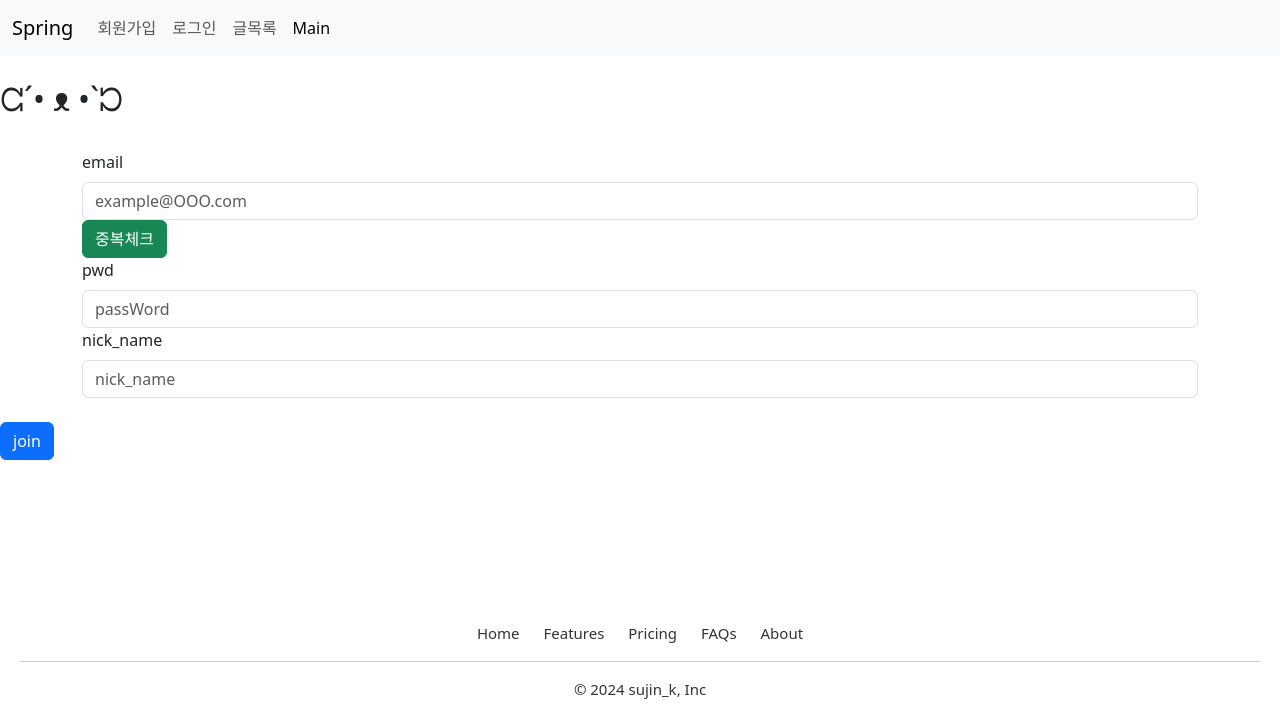
Repository: sujin1221/spring
Page: http://localhost/spring_test2/WEB-INF/views/member/register.jsp
The author's editor kept a copy of each file at every save. The page is drawn from the files as they stood at one save, then again after a run of saves.
The browser window is 1280 px wide. The pictures show the whole page.
The page is served by Tomcat 9. Nobody is signed in. Other server files are loaded and not shown. The template is opened directly, without the code that normally fills it, so the values that code supplies are empty.

Above is the page before, as saved 2024-01-17 01:21:10.
Console error: TypeError: Cannot read properties of null (reading 'addEventListener')

### spring_test2/src/main/webapp/WEB-INF/views/member/register.jsp
<%@ page language="java" contentType="text/html; charset=UTF-8"
	pageEncoding="UTF-8"%>
<jsp:include page="../layout/header.jsp"></jsp:include>

<!-- email, pwd, nick_name -->
<!-- admin: 1111@naver.com으로 설정함 -->
<form action="/member/register" method="post">

		<br>
		<h2>ᘳ´• ᴥ •`ᘰ</h2>
		<br>

		<div class="container-md">
		<label for="e" class="form-label">email</label>
		<input
			type="email" name="email" class="form-control" id="e"
			placeholder="example@OOO.com" required="required">
		<button type="button" id="eCheck" class="btn btn-success">중복체크</button>
		</div>

		<div class="container-md">
			<label for="p" class="form-label">pwd</label> <input type="password"
				name="pwd" class="form-control" id="p" placeholder="passWord"
				required="required">
		</div>

		<div class="container-md">
			<label for="n" class="form-label">nick_name</label> <input
				type="text" name="nickName" class="form-control" id="n"
				placeholder="nick_name" required="required">
		</div>
		<br>
		<button type="submit" class="btn btn-primary" id="regBtn">join</button>
		</form>

<script src="/resources/js/memberRegister.js"></script>
<jsp:include page="../layout/footer.jsp"></jsp:include>

### spring_test2/src/main/webapp/WEB-INF/views/layout/header.jsp
<%@ page language="java" contentType="text/html; charset=UTF-8"
	pageEncoding="UTF-8"%>
<%@ taglib uri="http://java.sun.com/jsp/jstl/core" prefix="c"%>
<%@ taglib uri="http://www.springframework.org/security/tags"
	prefix="sec"%>
<!DOCTYPE html>
<html>
<head>
<meta charset="UTF-8">
<title>Insert title here</title>
<link
	href="https://cdn.jsdelivr.net/npm/bootstrap@5.3.1/dist/css/bootstrap.min.css"
	rel="stylesheet"
	integrity="sha384-4bw+/aepP/YC94hEpVNVgiZdgIC5+VKNBQNGCHeKRQN+PtmoHDEXuppvnDJzQIu9"
	crossorigin="anonymous">
<script
	src="https://cdn.jsdelivr.net/npm/@popperjs/core@2.11.8/dist/umd/popper.min.js"
	integrity="sha384-I7E8VVD/ismYTF4hNIPjVp/Zjvgyol6VFvRkX/vR+Vc4jQkC+hVqc2pM8ODewa9r"
	crossorigin="anonymous"></script>
<script
	src="https://cdn.jsdelivr.net/npm/bootstrap@5.3.1/dist/js/bootstrap.min.js"
	integrity="sha384-Rx+T1VzGupg4BHQYs2gCW9It+akI2MM/mndMCy36UVfodzcJcF0GGLxZIzObiEfa"
	crossorigin="anonymous"></script>
<!-- bootstrap -->
</head>
<body>
	<nav class="navbar navbar-expand-lg bg-body-tertiary">
		<div class="container-fluid">
			<a class="navbar-brand" href="#">Spring</a>
			<button class="navbar-toggler" type="button"
				data-bs-toggle="collapse" data-bs-target="#navbarSupportedContent"
				aria-controls="navbarSupportedContent" aria-expanded="false"
				aria-label="Toggle navigation">
				<span class="navbar-toggler-icon"></span>
			</button>
			<div class="collapse navbar-collapse" id="navbarSupportedContent">
				<ul class="navbar-nav me-auto mb-2 mb-lg-0">

					<!-- 로그인하고 나면 없어져야함 -->
					<sec:authorize access="isAnonymous()">
						<li class="nav-item"><a class="nav-link"
							href="/member/register">회원가입</a></li>

						<li class="nav-item"><a class="nav-link" href="/member/login">로그인</a>
						</li>
					</sec:authorize>

					<!-- 현재 인증한 사용자의 정보를 가져와서 해당 권한이 있는지 확인 -->
					<!-- 현재 사용자의 정보는 principal -->
					<!-- anyMatch: stream에서 매칭이되는지 확인하는 메서드
        (최소한 1개의 요소가 주어진 요소에 맞는지 조사) -->
					<sec:authorize access="isAuthenticated()">
						<sec:authentication property="principal.mvo.email" var="authEmail" />
						<sec:authentication property="principal.mvo.nickName"
							var="authNick" />
						<sec:authentication property="principal.mvo.authList" var="auths" />

						<c:choose>
							<c:when
								test="${auths.stream().anyMatch(authVO -> authVO.auth.equals('ROLE_ADMIN')).get()}">
								<li class="nav-item"><a class="nav-link"
									href="/member/list">회원목록 ${authNick}(${authEmail}/ADMIN)</a></li>
							</c:when>
							<c:otherwise>
								<li class="nav-item"><a class="nav-link"
									href="/member/modify">회원정보수정 ${authNick}(${authEmail})</a></li>
							</c:otherwise>
						</c:choose>

						<li class="nav-item"><a class="nav-link"
							href="/board/register">글작성</a></li>
						<li class="nav-item"><a class="nav-link"
							href="/member/logout" id="logoutLink">로그아웃</a></li>

						<form action="/member/logout" method="post" id="logoutForm">
							<!-- 인증된 이메일(로그인한 계정의) -->
							<input type="hidden" name="email" value="${authEmail}">
						</form>
					</sec:authorize>

					<li class="nav-item"><a class="nav-link" href="/board/list">글목록</a>
					</li>

					<li class="nav-item"><a class="nav-link active"
						aria-current="page" href="/">Main</a></li>

				</ul>
			</div>
		</div>
	</nav>
</body>
</html>

<script type="text/javascript">
document.getElementById('logoutLink').addEventListener('click',(e)=>{
    e.preventDefault(); //무력화
    document.getElementById('logoutForm').submit(); //전송
});
</script>

### spring_test2/src/main/webapp/WEB-INF/views/layout/footer.jsp
<%@ page language="java" contentType="text/html; charset=UTF-8" pageEncoding="UTF-8"%>
<!DOCTYPE html>
<html>
<head>
    <style>
        body {
            margin: 0;
            display: flex;
            flex-direction: column;
            min-height: 100vh;
        }

        .footer {
            margin-top: auto;
            text-align: center;
            padding: 20px;
            font-size: 15px;
            color: #333;
        }

        .footer a {
            text-decoration: none;
            margin: 0 10px;
            color: #333;
        }
    </style>
</head>
<body>
    <div class="footer">
        <a href="" target="blank">Home</a>
        <a href="" target="blank">Features</a>
        <a href="" target="blank">Pricing</a>
        <a href="" target="blank">FAQs</a>
        <a href="" target="blank">About</a>
        <hr>
        © 2024 sujin_k, Inc
    </div>
</body>
</html>

### spring_test2/src/main/webapp/resources/js/memberRegister.js
console.log("memberRegister js in");

var compare_result = false;

//비밀번호중복여부확인
function fn_compare_pwd() {
    let pwd1 = document.getElementById('p');
    let pwd2 = document.getElementById('pCheck');
    let messageContainer = document.getElementById('password-match-message');

    if (pwd1.value === pwd2.value) {
        compare_result = true;
        messageContainer.innerHTML = "비밀번호가 일치합니다.";
        messageContainer.style.color = "green";
    } else {
        compare_result = false;
        messageContainer.innerHTML = "비밀번호가 일치하지 않습니다.";
        messageContainer.style.color = "red";
    }
}

//중복이 있다면 버튼이 비활성화되도록 설정
function checkFormValidity(){
    let joinBtn = document.getElementById('regBtn');
    let pwd = document.getElementById('p');
    let pwd2 = document.getElementById('pCheck');
    if(compare_result && pwd.value == pwd2.value){
        //결과가 true일때는 활성화 아닐시 비활성화 처리
        joinBtn.disabled = false; //활성화
    } else {
        joinBtn.disabled = true; //비활성화
    }
}

//이메일중복여부확인
document.getElementById('eCheck').addEventListener('click',()=>{
    let email = document.getElementById('e').value;
    let messageContainer = document.getElementById('email-match-message');
    emailCheckToServer(email).then(result => {
        console.log(result);
        if(result === '1'){
            messageContainer.innerHTML = "이미 존재하는 아이디입니다.";
            messageContainer.style.color = "red";
            compare_result = false;
        } else {
            messageContainer.innerHTML = "가입이 가능한 아이디입니다.";
            messageContainer.style.color = "green";
            compare_result = true;
        }
        checkFormValidity();
    })
})

//이메일 중복여부 확인
async function emailCheckToServer(email){
    try {
        const url = "/member/check/"+email;
        const resp = await fetch(url);
        const result = resp.text();
        return result;
    } catch (error) {
        console.log(error);
    }

}

After the next 2 saves:
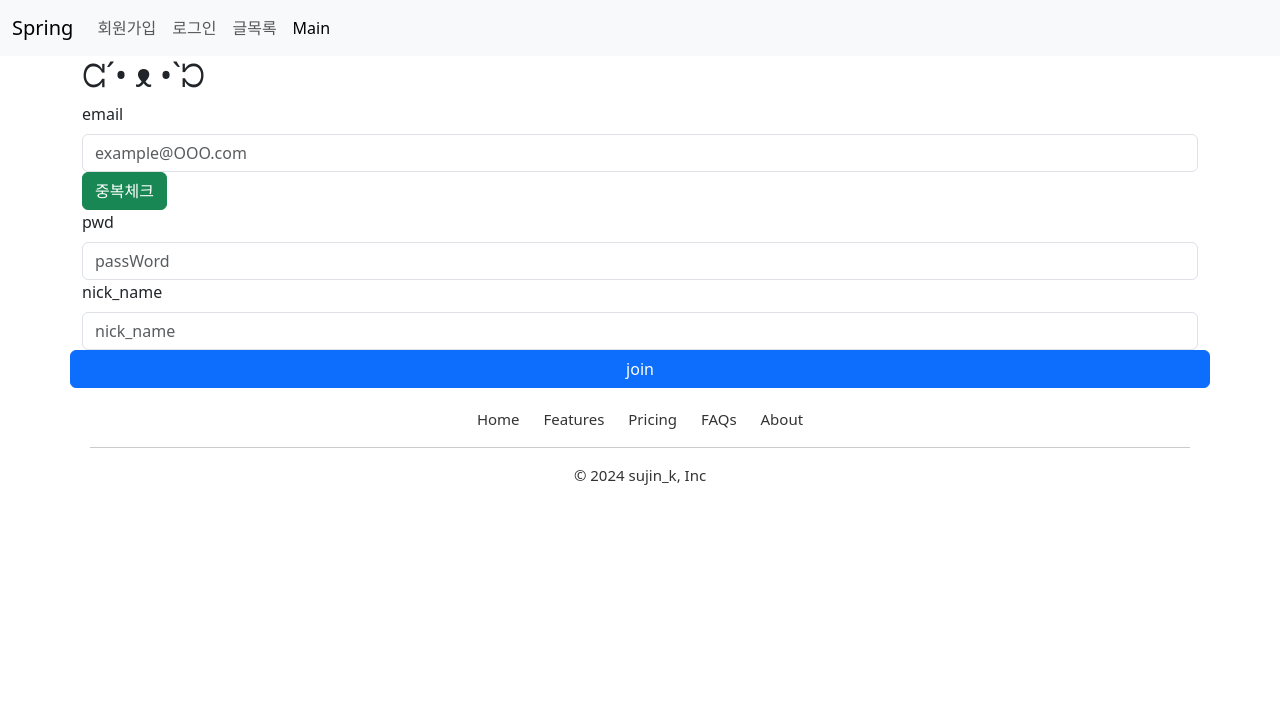
The 2 saves are shown as one change because they came seconds apart.
The last was saved 67 s later.
--- a/spring_test2/src/main/webapp/WEB-INF/views/member/register.jsp
+++ b/spring_test2/src/main/webapp/WEB-INF/views/member/register.jsp
@@ -6,6 +6,8 @@
 <!-- admin: 1111@naver.com으로 설정함 -->
 <form action="/member/register" method="post">
 
+	<div class="container">
+    <div class="row justify-content-center">
 		<br>
 		<h2>ᘳ´• ᴥ •`ᘰ</h2>
 		<br>
